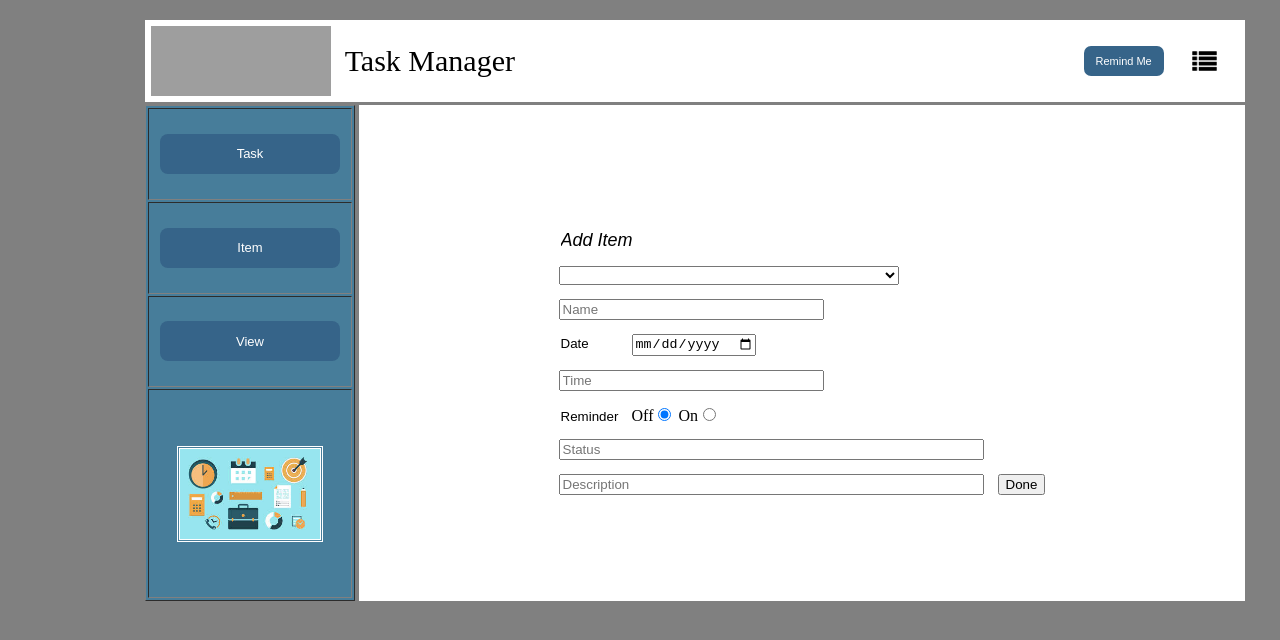
Repository: SnehaSalvi/TaskManagerProject
Page: http://localhost/TaskManagerChecklist/AddItem.jsp
These files come from the project's save history. The page is drawn as it stood at one moment and after the next save; the edit follows.
The browser window is 1280 px wide. The pictures show the whole page.
Pictures or frames that could not be fetched are drawn as grey boxes. The page is served by Tomcat 9.

Above is the page before, as saved 2016-10-14 09:50:51.

After the next save:
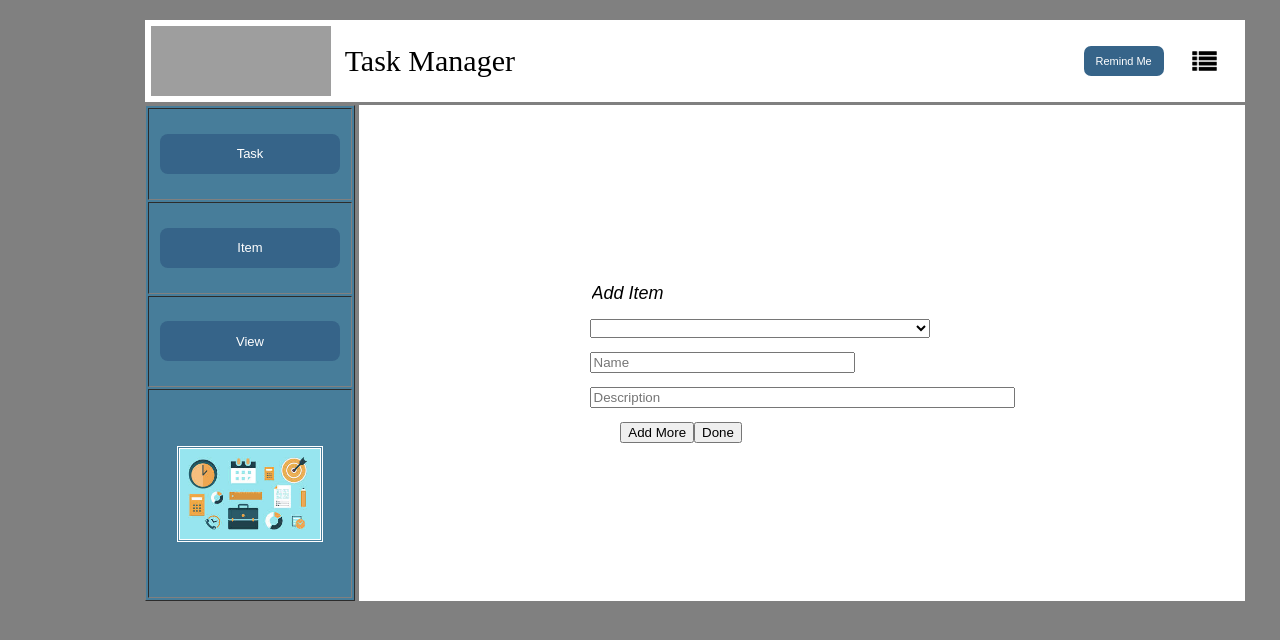
Saved 7 min 42 s later.
--- a/TaskManagerChecklist/WebContent/AddItem.jsp
+++ b/TaskManagerChecklist/WebContent/AddItem.jsp
@@ -75,35 +75,18 @@
 										<input type="text" name="itemname" size="30" placeholder="Name" required="required"/>
 									</td>
 								</tr>
+
 								<tr>
 									<td colspan="2">
-										<input type="label" id="label2" name="newdate" value="Date" size="6" required="required"/>
-										<input type="date" name="date">
-									</td>
-								</tr>
-								<tr>
-									<td colspan="2">
-										<input type="text" name="time" placeholder="Time" size="30" required="required"/>
-									</td>
-								</tr>
-								<tr>
-									<td colspan="2">
-										<input id="label2" type="label" value="Reminder" size="6" required="required"/>
-										Off<input type="radio" name="reminder" checked/>
-										On<input type="radio" name="reminder"/>
-									</td>
-								</tr>
-								<tr>
-									<td colspan="2">
-										<input type="text" name="status" placeholder="Status" size="50" required="required"/>
+										<input type="text" name="description" placeholder="Description" size="50" required="required"/>
 									</td>
 								</tr>
 								<tr>
 									<td>
-										<input type="text" name="description" placeholder="Description" size="50" required="required"/>
+
 									</td>
 									<td>
-										<input type="submit" value="Done"/>
+										<input type="submit" name="addmore" value="Add More"/><input type="submit" name="done" value="Done"/>
 									</td>
 								</tr>
 							</table>
